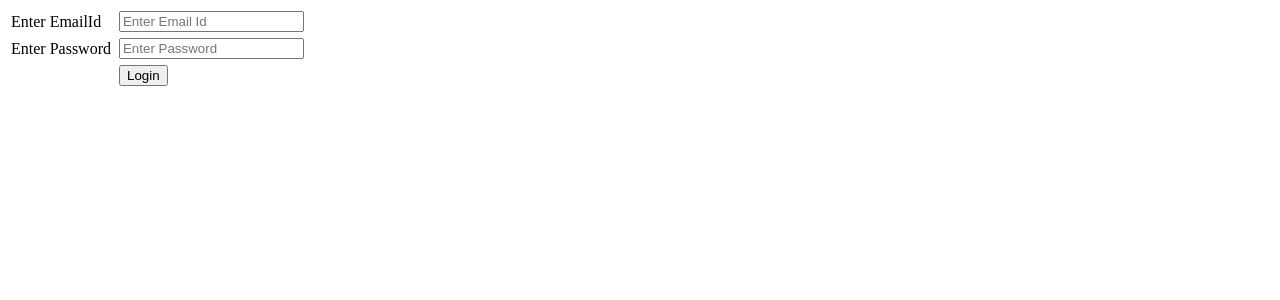
Repository: Ranjith-Kondra/FSD57_MODULE3
Page: AdvJava/WorkSpace2/EmpWebApp/WebContent/Login.html
The author's editor kept a copy of each file at every save. The page is drawn from the files as they stood at one save, then again after the next save.
The browser window is 1280 px wide. The pictures show the whole page.

Above is the page before, as saved 2024-01-05 10:23:02.

After the next save:
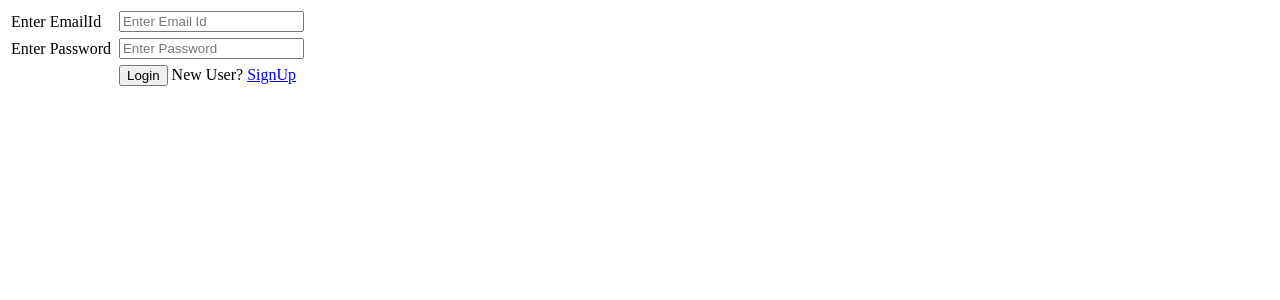
Saved 2 min 9 s later.
--- a/AdvJava/WorkSpace2/EmpWebApp/WebContent/Login.html
+++ b/AdvJava/WorkSpace2/EmpWebApp/WebContent/Login.html
@@ -21,7 +21,9 @@
 
      <tr>
         <td><td/>
-        <td><button>Login</button><td/>
+        <td>
+       <button>Login</button> New User? <a href="Register.html">SignUp</a>
+        <td/>
 
          <tr/>
 
